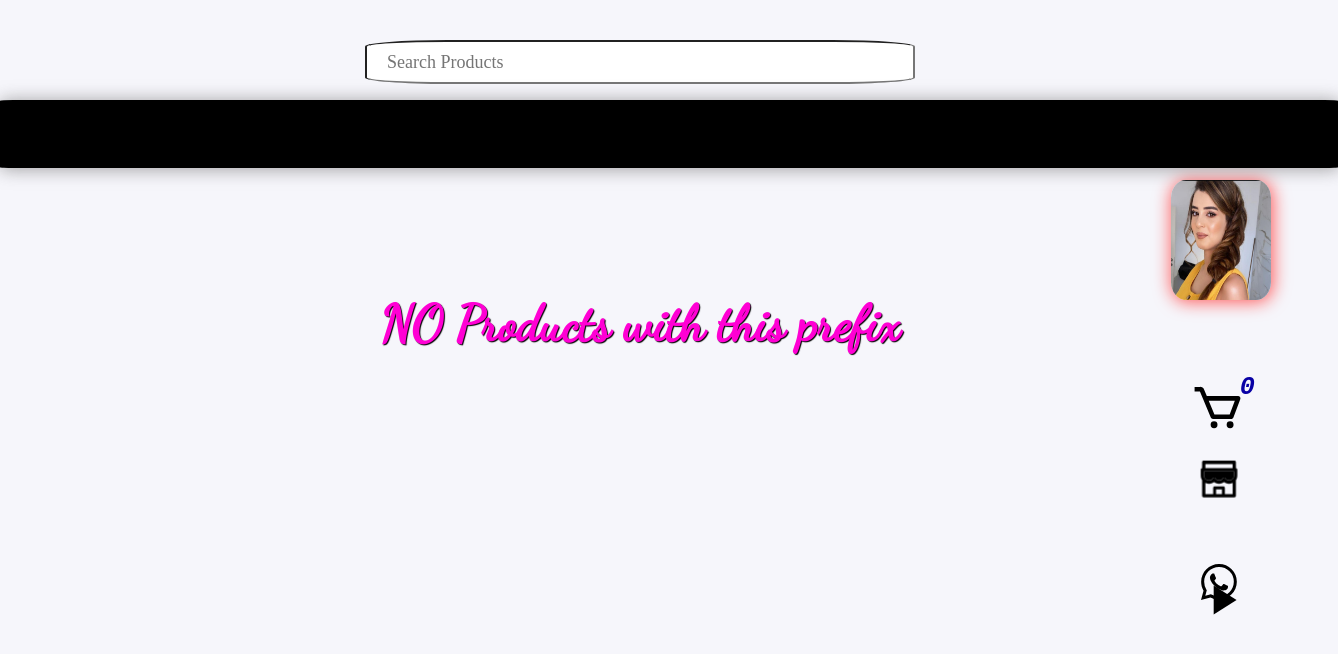
Repository: rehamAbass/BeautyCareShop
Page: /
These files come from the project's save history. The page is drawn as it stood at one moment and after the next save; the edit follows.
The browser window is 1280 px wide. The page is 1338 px wide, so the pictures cover 1338 px, including what lies to the right of the window. The pictures show the whole page.
The page's requests for data from a server got no answer. Some web fonts or font styles are not loaded; a fallback is used. The project was rebuilt for these pictures with package versions that can differ from the ones it lists, and the page was loaded fresh each time. No one was signed in, and anything a server would have sent is missing. Also part of the build but not shown: src/components/allProducts/prod/card.css, src/components/allProducts/prod/card.component.jsx, src/components/myCart/myCart.css, src/components/myCart/cartProduct/cartProduct.css, src/components/myCart/cartProduct/cartProduct.jsx, src/components/myCart/myCart.jsx. Imported but missing from the stored project, and not drawn on this page: src/components/header/music/ed.mp3.

Above is the page before, as saved 2022-06-08 13:25:48.

### public/index.html
<!DOCTYPE html>
<html lang="en">
  </style>
  <head>
    <meta charset="utf-8" />
    <link rel="icon" href="" />
    <meta name="viewport" content="width=device-width, initial-scale=1" />
    <meta name="theme-color" content="#000000" />
    <meta
      name="description"
      content="Web site created using create-react-app"
    />
    <link rel="apple-touch-icon" href="" />
    <link rel="manifest" href="%PUBLIC_URL%/manifest.json" />
    <link rel="preconnect" href="https://fonts.googleapis.com">
    <link rel="preconnect" href="https://fonts.gstatic.com" crossorigin>
    <link href="https://fonts.googleapis.com/css2?family=Bigelow+Rules&display=swap" rel="stylesheet">
    <link rel="preconnect" href="https://fonts.googleapis.com">
    <link rel="preconnect" href="https://fonts.gstatic.com" crossorigin>
    <link href="https://fonts.googleapis.com/css2?family=Bigelow+Rules&family=Dancing+Script&display=swap"
      rel="stylesheet">
    <title color:'purble'>BeautyShop💄</title>
  </head>
  <body>

    <div id="root"></div>
  </body>
</html>

<!--
  <video id="video1" loop="" muted="" src="https://prod-streaming-video-msn-com.akamaized.net/aa5cb260-7dae-44d3-acad-3c7053983ffe/1b790558-39a2-4d2a-bcd7-61f075e87fdd.mp4"></video>

 -->

### src/App.js

// import React from 'react'
import CardList from './components/allProducts/card-list.component';
import SearchBox from './components/search-box/search-box.component';
import './App.css'
import axios from "axios";
import React, { Component } from "react";
import Header from './components/header/header.component.jsx'
import { useState, useEffect } from 'react';
import Cart from './components/myCart/myCart.jsx'

const App = () => {
  const [products, setProducts] = useState([]);
  const [cartProducts, setCartProducts] = useState([]);
  const [filteredProducts, setFilteredProducts] = useState(products);
  const [searchString, setSearchString] = useState('');
  const [showCart, setShowCart] = useState(false);
    const [cartCounter, setCartCounter] = useState(0);
      const [Sum, setSum] = useState(0);
      const [imgs, setImgs] = useState([])

  //==========================================================================
  const   getDataFromDB= async ()=> {
    const response = await axios.get("http://localhost:8000/products/");
    setCartProducts(response);
  }
  //===========================================================
  const deleteProd = async (id) => {
    let response = await axios.delete(
      `http://localhost:8000/product/${id}`
    );
  }
  //=============================================================
  const saveProd = async (p) => {
    const response = await axios.post(
      "http://localhost:8000/product",p
    );
  }

   const  updateProd = async (p) => {
    const response = await axios.put(
      "http://localhost:8000/product",p
    );
  }
  //============================================================================
  useEffect(() => {
    fetch('http://makeup-api.herokuapp.com/api/v1/products.json?brand=maybelline')
      .then((res) => res.json())
      .then((users) => {
          users = users.map(user => (
         {id:user.id,
         name:user.name,
         brand:user.brand,
         price:user.price,
        image_link:user.image_link,
         product_link:user.product_link,
         description:user.description,
        rating:user.rating,
         product_type:user.product_type,
          product_api_url:user.product_api_url,
          product_colors:user.product_colors,
        amount:0
         }))


         getDataFromDB();
        setFilteredProducts(users);
        setProducts(users);
        setImgs(users.map((u)=>(u.image_link)));
      })
  }, []); // it runs only one time - no need to call it in each render because [] is empty !!
  //=========================================================================================
  useEffect(() => {
    let filteredgroup = products.filter((p) => p.name.toLowerCase().includes(searchString));
    setFilteredProducts(filteredgroup);
  }, [products, searchString])

  //========================================================================================
  const onSearchChanged = (event) => {
    let input = event.target.value.toLowerCase();
    setSearchString(input);
  }
  //=========================================================================================
  const addProduct=(product)=>{
        let updatePro = cartProducts.filter(p=> p.id === product.id);
     if(updatePro.length>0){
       // it means that YES the product exists before in Cart! just increase the amount of it:
       updatePro = updatePro[0];
       updatePro.amount +=1;
        let newarray = cartProducts.map(p=>( p.id === product.id ? updatePro:p )) ;
        setCartProducts(newarray);
     }else{
        let newProductToAdd = {...product, amount:1};
         setCartProducts([...cartProducts,newProductToAdd ]);
         saveProd(product);
         updateProd();
     }

      }
  //=================================================================================
  //    ,
  const deleteProduct = (product) => {
    let newArr = cartProducts.filter(p => p.id !== product.id);
    setCartProducts(newArr);
    deleteProd(product.id);
  }
 //===================================================================================
   const decreaseProduct=(product)=>{

     if(product.amount >1){
       let update = product;
       update.amount -=1;
        let newarray = cartProducts.map(p=>(p.id === product.id ? update:p )) ;
     setCartProducts(newarray);
     }else{ // amount was  === 1
        let newArr = cartProducts.filter(p=> p.id !== product.id);
         setCartProducts(newArr);
     }
      }
 //===================================================================================
useEffect(()=>{
  console.log("useEffect, cartProduct changes, so counter changes");
  let all =0;
  let summ=0;
  for(let p of cartProducts){
     all = all+p.amount;
    summ = summ+ (p.amount * p.price);
}
    setSum(summ);
    setCartCounter(all);
},[cartProducts]);

//====================================================================================
  useEffect(()=>{
    console.log("open Cart = ",showCart);
  },[showCart])
 //=========================================================================================
const HandleCart =(val)=>{
  setShowCart(val);
}
 const handleSumCount = ()=>{
  setSum(0);
  setCartProducts([]);
  setCartCounter(0);

 }
 //=========================================================================================
  return (
    <div className="App">
      <header className="App-header">
        <Header counter ={cartCounter}
        imgs={imgs}
        handleCart = {HandleCart}/>
        {showCart === false &&
          <div>
           <SearchBox
          className='search-box2'
          searchHandler={onSearchChanged}
          group={filteredProducts}
        />
            <CardList
              group={filteredProducts}
               addProduct={addProduct} />
        </div>

        }
          {(showCart === true) &&
            <Cart sum ={Sum} group={cartProducts}
           addProduct={addProduct}
            deleteProduct={deleteProduct}
            decreaseProduct={decreaseProduct}
              handleSumCount={handleSumCount}
            />
          }
      </header>
    </div>
  )
}

export default App;

### src/components/allProducts/card-list.component.jsx

import './card-list.css'
import Card from './prod/card.component'
import React from 'react'

const CardList = ({ group ,addProduct}) => {
    return (
        <div className='card-list'>
            {group.map((p,i) =>
                (
                    <Card
                    key={i}
                    product={p}
                     addProduct={addProduct}/>
                )
            )
            }
        </div >

    )
}

export default CardList;

### src/components/search-box/search-box.component.jsx

import React from 'react'
import './search-box.css'


const SearchBox = ({ className, placeholder, searchHandler, group }) => {

    return (
        <div className='search-box'>
            <input
                className={className}
                type='search'
                placeholder='Search Products'
                onChange={searchHandler}
                style={{
                     fontStyle:'unset', fontStretch: 'extra-expanded'
                , fontSize:'large', borderRadius:'15%'}}
            />
            {group.length === 0 ?
                <div className='alert2'> NO Products with this prefix </div> : ''}
        </div>
    )
}


export default SearchBox;

### src/App.css
body {
  margin: 0;
  padding: 0;
  font-family: -apple-system, BlinkMacSystemFont, 'Segoe UI', 'Roboto', 'Oxygen',
    'Ubuntu', 'Cantarell', 'Fira Sans', 'Droid Sans', 'Helvetica Neue',
    sans-serif;
    background-color:rgba(192, 190, 228, 0.135);
  -webkit-font-smoothing: antialiased;
  -moz-osx-font-smoothing: grayscale;
  text-align: center;
}



















/* -------------------------------------------------------------------------------------- */

/* .App {
  text-align: center;
}

.App-logo {
  height: 40vmin;
  pointer-events: none;
}

@media (prefers-reduced-motion: no-preference) {
  .App-logo {
    animation: App-logo-spin infinite 20s linear;
  }
}

.App-header {
  background-color: #2d5cba;
  min-height: 100vh;
  display: flex;
  flex-direction: column;
  align-items: center;
  justify-content: center;
  font-size: calc(10px + 2vmin);
  color: white;
}

.App-link {
  color: #61dafb;
}

@keyframes App-logo-spin {
  from {
    transform: rotate(0deg);
  }
  to {
    transform: rotate(360deg);
  }
}

*/

### src/components/header/header.component.jsx
import React from 'react'
import './header.css'
import Music from './music/music.component';
import fatme from './fatme.jpeg'
import CartIcon from './cartIcon/cartIcon.component';
import {BsWhatsapp} from 'react-icons/bs'
import {AiTwotoneShop} from 'react-icons/ai'

const Header = ({counter,imgs, handleCart}) => {
    return (
        <div className='headClass'>
        <div className='imgs'>
            {imgs.map((link, i) => (
               (i<10)&&
                <img
                key={i}
                src={link} alt='prod' />
            ))}
        </div>
            <img className='myImg' src={fatme} alt='me'
            />
               <CartIcon
            counter={counter}
             handleCart={handleCart}
            />
            <AiTwotoneShop
            className='goHome'
                onClick={() => {
                     handleCart(false)}}
            />
            <h4 className='title' >
                <marquee direction='left' loop='2' >Fatima Beauty Care Shop</marquee>
            </h4>


            <Music />


            <a  className='whatsApp'  aria-label="whats"
                target="_blank" rel="noopener"
                href="https://api.whatsapp.com/send?phone=972543656019&text=hello%20Fatima%20from%20your%20BeautyCareShop%20Website%20💄"
              >
              <BsWhatsapp/>
            </a>
        </div>
    )
}

export default Header;

### src/components/allProducts/card-list.css
.card-list {
     width: 1000px;
    margin-left: 9%;
    display: grid;
    grid-template-columns: 10fr 10fr;
    /* grid-gap: 1%; */
    margin-top: 5%;
    margin-bottom:15%;
}

### src/components/search-box/search-box.css
.search-box {
    padding: 10px;
}

.alert2 {
    margin-top: 150px;
    text-align: center;
    padding: 40px;
    color: rgb(255, 0, 212);
    font-size: 50px;
    font-stretch: extra-expanded;
    font-family: 'Dancing Script';
    font-weight: bolder;
    text-shadow: 1px 1px  1px rgb(0, 0, 0);
    transform: scale(1);
}

.search-box2 {
    width: 550px;
    height: 37px;
    margin-top: 9;
    padding: 20px;
    line-height: 30px;
    margin-bottom: 20px;
    color: rgb(0, 0, 0);
    font-weight: 400;
    font-family:serif;

}

### src/components/header/header.css
.title {
    width: 110%;
    position: relative;
    font-size: 46px;
    font-weight: bolder;
    font-family: 'Dancing Script';
 color:rgb(251, 251, 251);
    font-stretch: extra-expanded;
    /* text-shadow: 11px 1px 11px rgb(255, 0, 123); */
    background-color: rgb(0, 0, 0);
     box-shadow: 1px 1px 17px 1px rgba(135, 134, 135, 0.74);
     margin-top: 40px;
     border-radius:1%;
}
.imgs{
    width: 110%;
    position: relative;
    height:60px;
     margin-top: 0px;
}
.goHome{
    color:rgb(0, 0, 0);
     position:fixed;
    margin-left: 47%;
    margin-top:32%;
     transform: scale(2.6);
}
.goHome:hover{
    color:rgb(8, 0, 165);
    transform:scale(3);
}
.whatsApp{
    color:rgb(0, 0, 0);
     position:fixed;
    margin-left: 47%;
    margin-top:27%;
     transform: scale(2);
}
.whatsApp:hover{
  color:rgb(8, 0, 165);

   }
.myImg{
    position:fixed;
    margin-left: 44%;
    margin-top:120px;
    width: 100px;
  height: 120px;
    box-shadow: 1px 1px 17px 1px rgb(255, 88, 88);
    border-radius:15%;
}

.headClass {
    border-radius: 12%;
    width: 95%;
    height: 30px;
    font-size: large;
    /* font-weight: 700; */
    font-style: italic;

}

### src/components/header/music/music.component.jsx
import './music.css'
import { useState, useEffect } from 'react'
import { MdPlayArrow, MdPause } from 'react-icons/md'
import  React  from 'react'
import ed from "./ed.mp3";

const aud = new Audio(ed);

const Music = () => {
    const [flagPlaying, setIsActive] = useState(false);
    const handleClick = (value) => {
        setIsActive(value);
        if (value === true) {
            aud.loop = true;
            aud.play();
        } else {
            aud.pause();
            aud.loop = false;
        }
    }

    return (<div className='myAudio'>
        {(flagPlaying === false) &&
            <MdPlayArrow
                className='btnAudio'
                onClick={() => {
                    if (flagPlaying === false) {
                        handleClick(true);
                    }
                }}
            />
        }
        {(flagPlaying === true) &&
            <MdPause
                className='btnAudio'
                style={{color:'black'}}
                onClick={() => {
                    if (flagPlaying === true) {
                        handleClick(false);
                    }
                }}
            />
        }
    </div>
    )
}


export default Music;

### src/components/header/cartIcon/cartIcon.component.jsx
import React from 'react'
import './cart.css'
import { BiCart } from "react-icons/bi";


const CartIcon = ({ counter,handleCart}) => {

    return (
        <div className='cart-container'>
            <span className='counter'>{counter}</span>
            <BiCart
                    className='cartIcon'
                    onClick={() => {
                      handleCart(true);
                     }}
                />
        </div>
    )
}
export default CartIcon;

### src/components/header/music/music.css
.myAudio {}

.btnAudio {
    width:  50px;
    height: 50px;
    position:fixed;
    margin-left: 46%;
    margin-top: 27%;
    color:rgb(0, 0, 0);
    border-radius: 90%;
}

.btnAudio:hover {
   color : rgb(8, 0, 165);
    transform: scale(1.125);
    box-shadow: 1px 1px 10px 2px  rgb(0, 102, 255);
}

### src/components/header/cartIcon/cart.css
.cartIcon{
     position:fixed;
    width:55px;
    height:55px;
    color:rgb(0, 0, 0);
    margin-top:1%;
    /* transform: translateZ(-1);
    transition: transform 0.25s ease-out; */
}
.cartIcon:hover{
    transform:scale(1.12);
    color:rgb(8, 0, 165);
}
.cart-container{
    position:fixed;
    margin-left: 93%;
    margin-top: 24%;
}
.cart-container:hover{
    color:rgb(0, 0, 0);
 /* transform: scale(1); */
 cursor: pointer;
}
.counter{
    font-size:large;
    font-family:'Courier New', Courier, monospace;

    color:rgb(8, 0, 165);
    font-weight:bolder;
    text-align: right;
      transform: scale(1.4);
    text-shadow: 2px 2px 12px 12px rgb(0, 0, 0);
    position: fixed;
    margin-left: 4%;
    margin-top:0.8%;
}

Loaded but not shown: src/index.js (common file); src/index.css (common file)

After the next save:
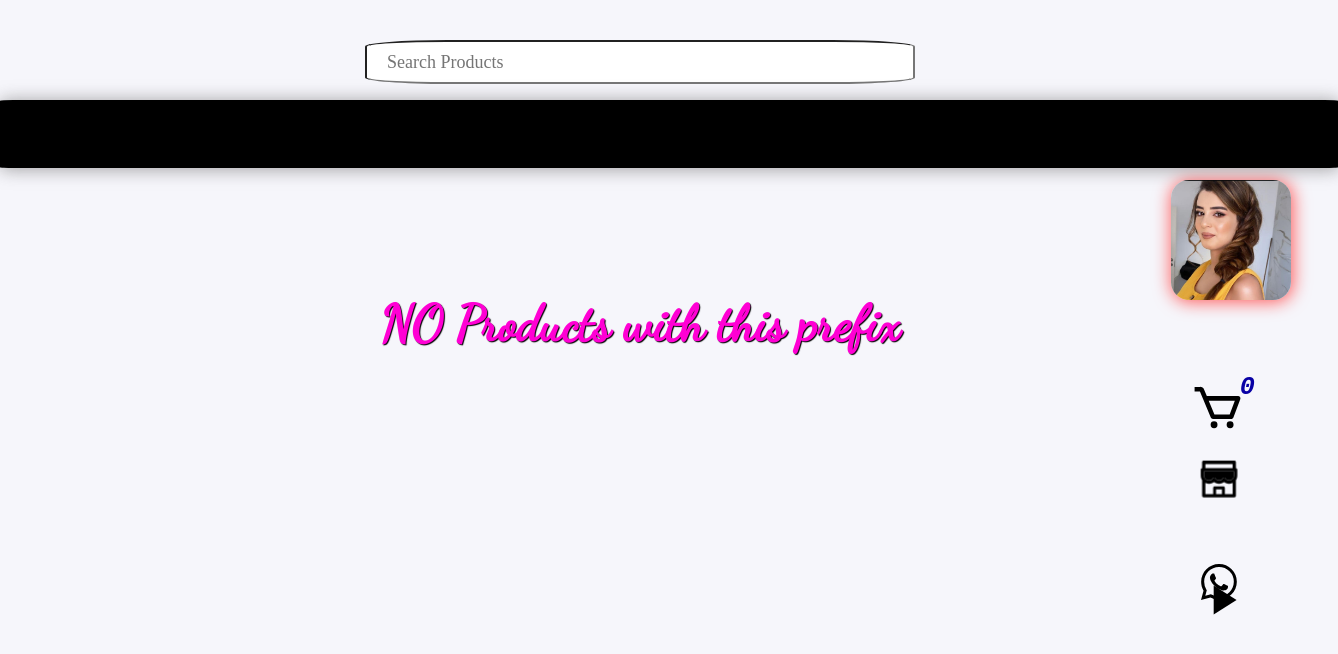
Saved 7 s later.
--- a/src/components/header/header.css
+++ b/src/components/header/header.css
@@ -44,7 +44,7 @@
     position:fixed;
     margin-left: 44%;
     margin-top:120px;
-    width: 100px;
+    width: 120px;
   height: 120px;
     box-shadow: 1px 1px 17px 1px rgb(255, 88, 88);
     border-radius:15%;
